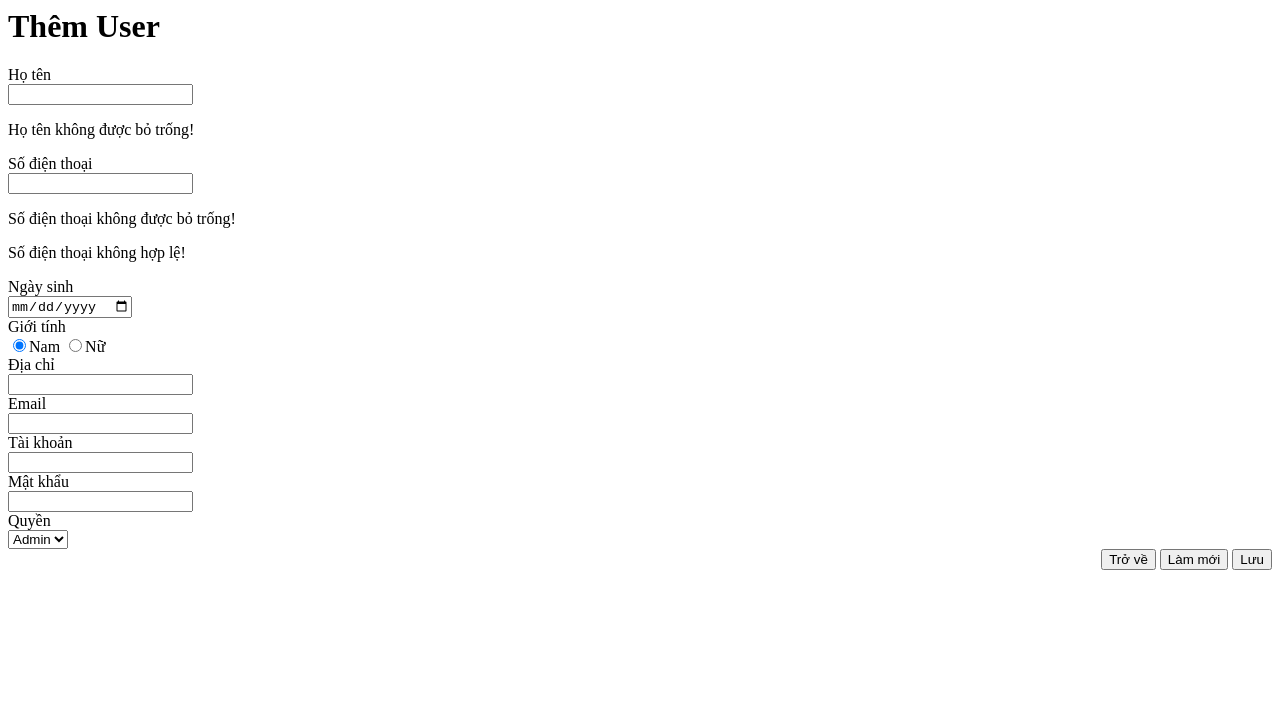
Repository: gohanmystic/T04_webraovat
Page: webraovat/webraovat/WebContent/app/admin/user/user-create-update.html
These files come from the project's save history. The page is drawn as it stood at one moment and after the next save; the edit follows.
The browser window is 1280 px wide. The pictures show the whole page.

Above is the page before, as saved 2017-11-29 13:14:13.

After the next save:
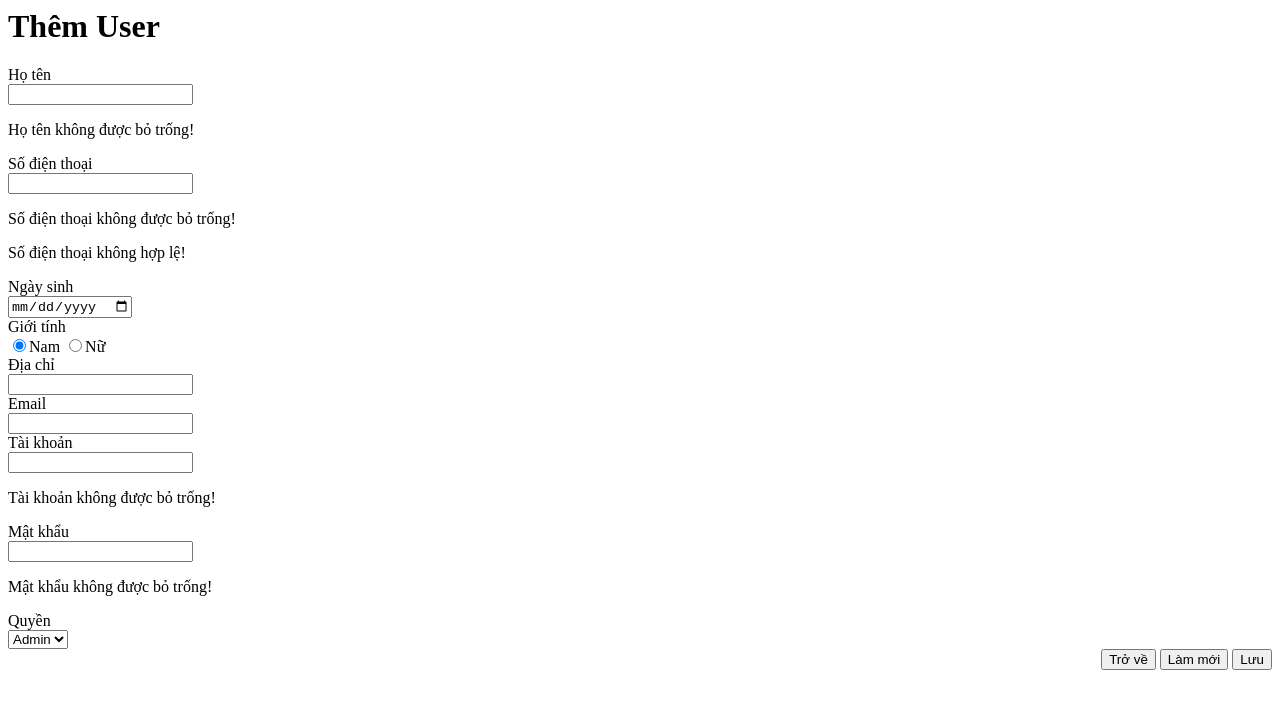
Saved 7 min 13 s later.
--- a/webraovat/webraovat/WebContent/app/admin/user/user-create-update.html
+++ b/webraovat/webraovat/WebContent/app/admin/user/user-create-update.html
@@ -59,15 +59,21 @@
                 </div>
 
                 <label for="username">Tài khoản</label>
-                <div class="form-group input-group">
-                    <span class="input-group-addon"><i class="fa fa-user fa-fw"></i></span>
-                    <input id="username" type="text" class="form-control">
+                <div class="form-group" show-errors>
+                	<div class="input-group">
+                		<span class="input-group-addon"><i class="fa fa-user fa-fw"></i></span>
+                    	<input type="text" name="username" class="form-control" ng-model="vm.user.username" required>
+                	</div>
+                	<p class="help-block" ng-if="createUpdateForm.username.$error.required">Tài khoản không được bỏ trống!</p>
                 </div>
 
                 <label for="password">Mật khẩu</label>
-                <div class="form-group input-group">
-                    <span class="input-group-addon"><i class="fa fa-key fa-fw"></i></span>
-                    <input id="password" type="password" class="form-control">
+                <div class="form-group" show-errors>
+                	<div class="input-group">
+	                	<span class="input-group-addon"><i class="fa fa-key fa-fw"></i></span>
+	                    <input type="password" name="password" class="form-control" ng-model="vm.user.password" required>
+                	</div>
+                	<p class="help-block" ng-if="createUpdateForm.password.$error.required">Mật khẩu không được bỏ trống!</p>
                 </div>
 
                 <label for="level">Quyền</label>
